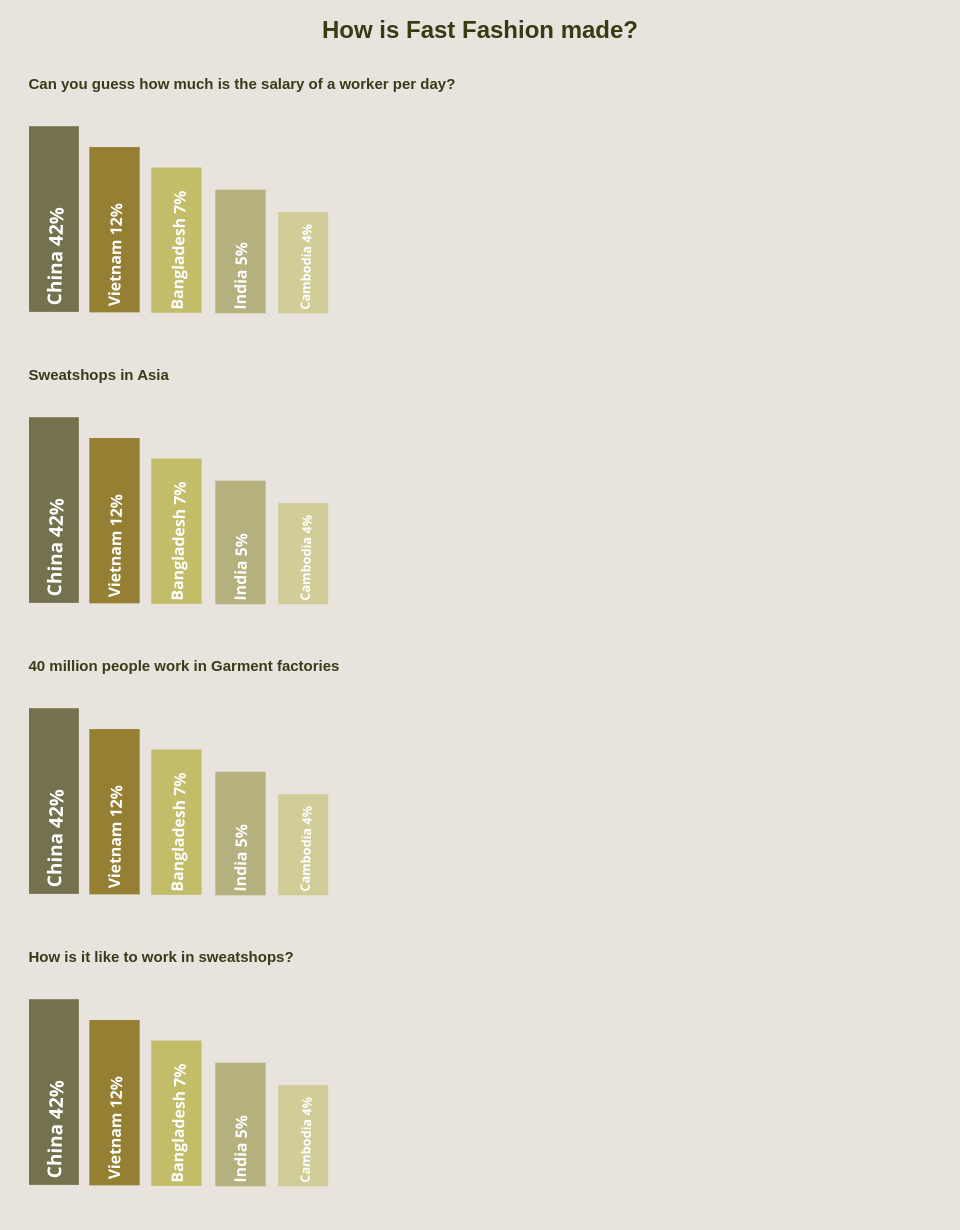
Repository: DevOfHockey/mdia-2190-midterm
Page: fashionlabor.html
These files come from the project's save history. The page is drawn as it stood at one moment and after the next save; the edit follows.
The browser window is 1280 px wide. The pictures show the whole page, at 75% of full size.

Above is the page before, as saved 2022-03-01 21:32:46.
Console error: TypeError: Cannot set properties of null (setting 'src')

### fashionlabor.html
<!DOCTYPE html>
<html>
  <head>
    <title>Fashion Labor</title>
    <script src="comps/header.js"></script>
    <script src="comps/subheading.js"></script>
    <script src="comps/infobox.js"></script>
  </head>
  <!-- CSS STYLESHEET -->
  <style>
    body {
      background-color: #e8e3dc;
      font-family: Arial, Helvetica, sans-serif;
    }
    .Headings {
      text-align: center;
      font-family: Arial, Helvetica, sans-serif;
    }
    #info {
      display: grid;
    }

</style>

<!-- HTML -->
<!-- Header -->
  <body>
  <div class="main"></div>
    <div class="Headings">
      <the-header
        name="Sample Header">
      </the-header>
      <the-subheading
        name="Sample Sub-heading">
      </the-subheading>
    </div>

<!-- Images with Info-->
    <div id="info">
      <div class="salary">
        <the-info
          name="Can you guess how much is the salary of a worker per day?">
        </the-info>
      </div>

      <div class="asia">
        <the-info
          name="Sweatshops in Asia">
        </the-info>
      </div>

      <div class="people">
        <the-info
          name="40 million people work in Garment factories">
        </the-info>
      </div>

      <div class="sweatshops">
        <the-info
          name="How is it like to work in sweatshops?">
        </the-info>
      </div>
    </div>
  </div>

  </body>
</html>

### comps/header.js
var template_header = document.createElement("template"); //<template> </template> RULE

//To-do - CREATE THE UI HERE!
template_header.innerHTML = `
<div class = "header">
<h1> How is Fast Fashion made? </h1>
</div>
<style>
h1 {
    color: #393b14;
}
</style>
`;

//MUST HAVE - CREATE A CLASS WITH HTMLELEMENT POWERS (interfaces/functionalities)
class TheHeader extends HTMLElement {

    //MUST HAVE - CREATE A CONSTRUCTOR TO DO INITAL ASSOCIATIONS
    constructor(){
        super(); //pass on the HTMLElement super powers!
        this.attachShadow({mode:"open"}) //Attach it to the shadowRoot

        //To-do - CREATE THE STATES FOR THE UI HERE!
    }

    //MUST HAVE - FUNCTION THAT RUNS AFTER IT'S CONNECTED
    connectedCallback(){
        this.shadowRoot.appendChild(template_header.content.cloneNode(true)); //use the template to make a clone
    }

    //To-do - CREATE THE FUNCTIONALITIES HERE!
}

//MUST HAVE - define the tag for the custom elements
customElements.define("the-header", TheHeader)

### comps/infobox.js
//MUST HAVE - CREATE A TEMPLATE TAG
var template_info = document.createElement("template"); //<template> </template> RULE

//To-do - CREATE THE UI HERE!
template_info.innerHTML = `
<div id = "info_cont">
<h3>Info Title<h3>
<img id='image' src='/imgs/sweatshopsgraph.svg' />
</div>

<style>
h3 {
    font-size: 20px;
    font-weight: bold;
    color: #393B1A;
    text-align: left;
    margin-left: 30px;
}

#image {
    width: 400px;
    height: 300px;
}
`;

//MUST HAVE - CREATE A CLASS WITH HTMLELEMENT POWERS (interfaces/functionalities)
class TheInfo extends HTMLElement {

    //MUST HAVE - CREATE A CONSTRUCTOR TO DO INITAL ASSOCIATIONS
    constructor(){
        super(); //pass on the HTMLElement super powers!
        this.attachShadow({mode:"open"}) //Attach it to the shadowRoot

        //To-do - CREATE THE STATES FOR THE UI HERE!
    }

    //MUST HAVE - FUNCTION THAT RUNS AFTER IT'S CONNECTED
    connectedCallback(){
        this.shadowRoot.appendChild(template_info.content.cloneNode(true)); //use the template to make a clone
        //console.log(this.getAttribute("name"))
        if(this.getAttribute("name"))
        this.shadowRoot.querySelector("#info_cont > h3").innerText = this.getAttribute("name");
        this.shadowRoot.querySelector("#info_cont > image").src = this.getAttribute("img");

    }

    //To-do - CREATE THE FUNCTIONALITIES HERE!
}

//MUST HAVE - define the tag for the custom elements
customElements.define("the-info", TheInfo)

Loaded but not shown: comps/subheading.js (no copy from this time; the picture is the same without it)

After the next save:
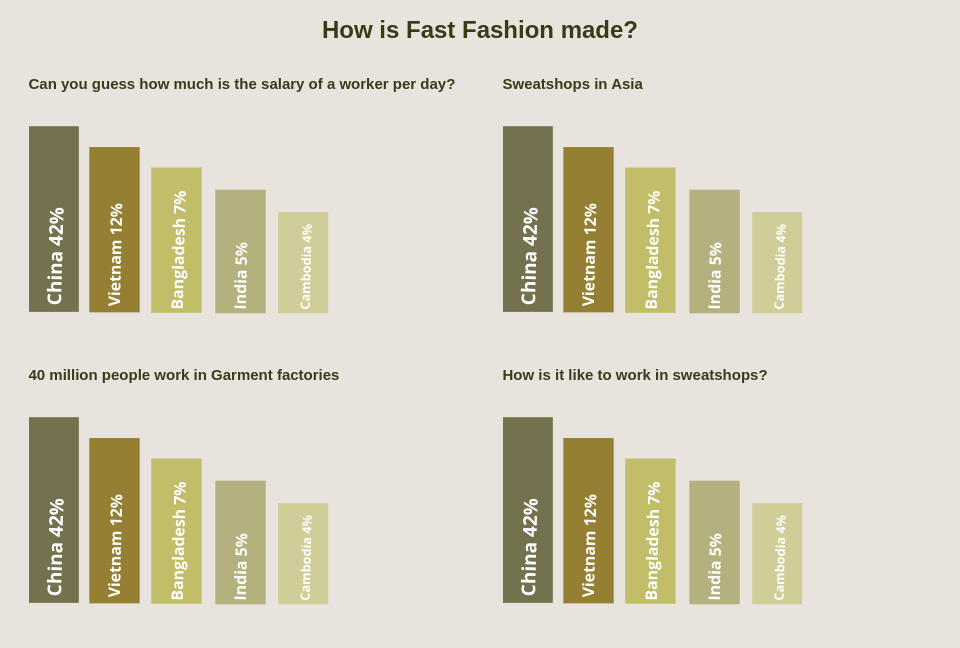
Saved 29 s later.
--- a/fashionlabor.html
+++ b/fashionlabor.html
@@ -18,6 +18,7 @@
     }
     #info {
       display: grid;
+      grid-template-columns: 2fr 2fr;
     }
 
 </style>
